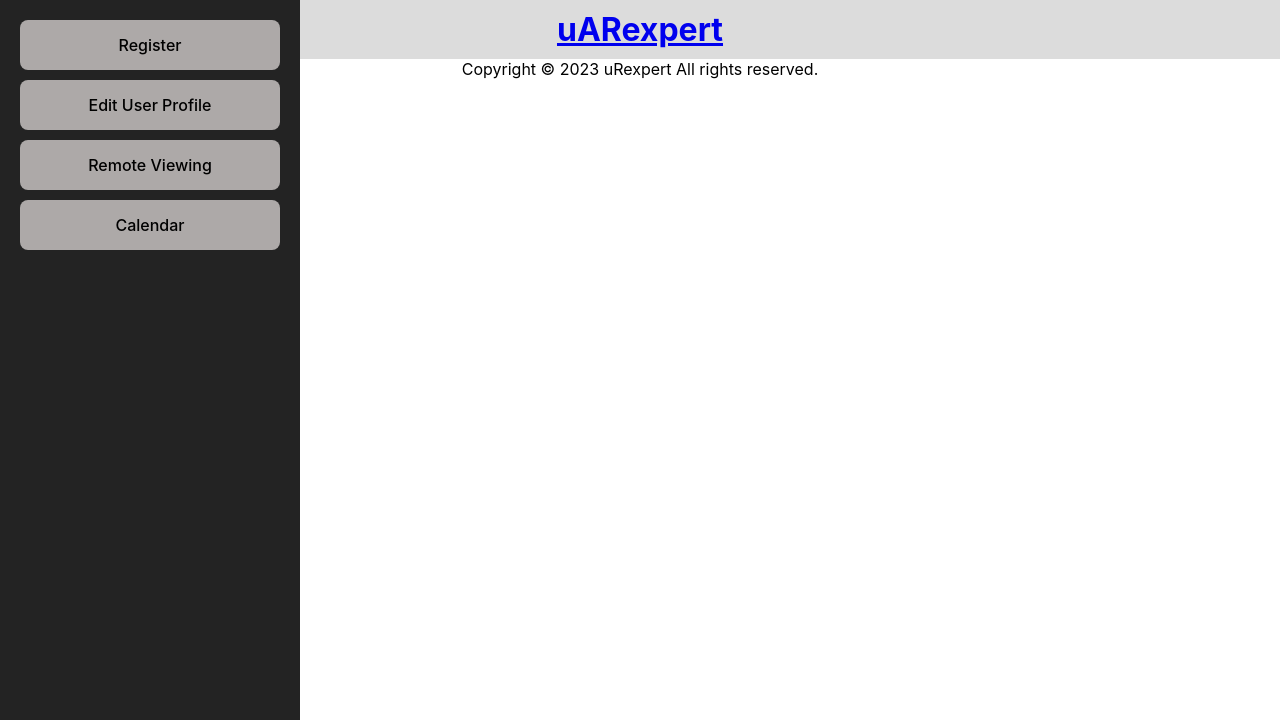
Repository: onionNguyen/Senior-Design-Project
Page: / (app in frontend/)
An editor plug-in stored every save of this project. The page is shown before and after the next save, followed by the edit.
The browser window is 1280 px wide. The pictures show the whole page.
The page's requests for data from a server got no answer. The project was rebuilt for these pictures with package versions that can differ from the ones it lists, and the page was loaded fresh each time. No one was signed in, and anything a server would have sent is missing. Also part of the build but not shown: frontend/src/components/form/Form.module.css, frontend/src/components/form/Input.js, frontend/src/components/pages/edit-user-profile/EditProfile.module.css, frontend/src/components/form/IndicatesRequired.js, frontend/src/components/form/MessageRibbon.js, frontend/src/components/pages/edit-user-profile/EditProfile.js, frontend/src/components/pages/login/Login.module.css, frontend/src/components/pages/login/Login.js and 7 more.

Above is the page before, as saved 2023-10-27 02:54:14.

After the next save:
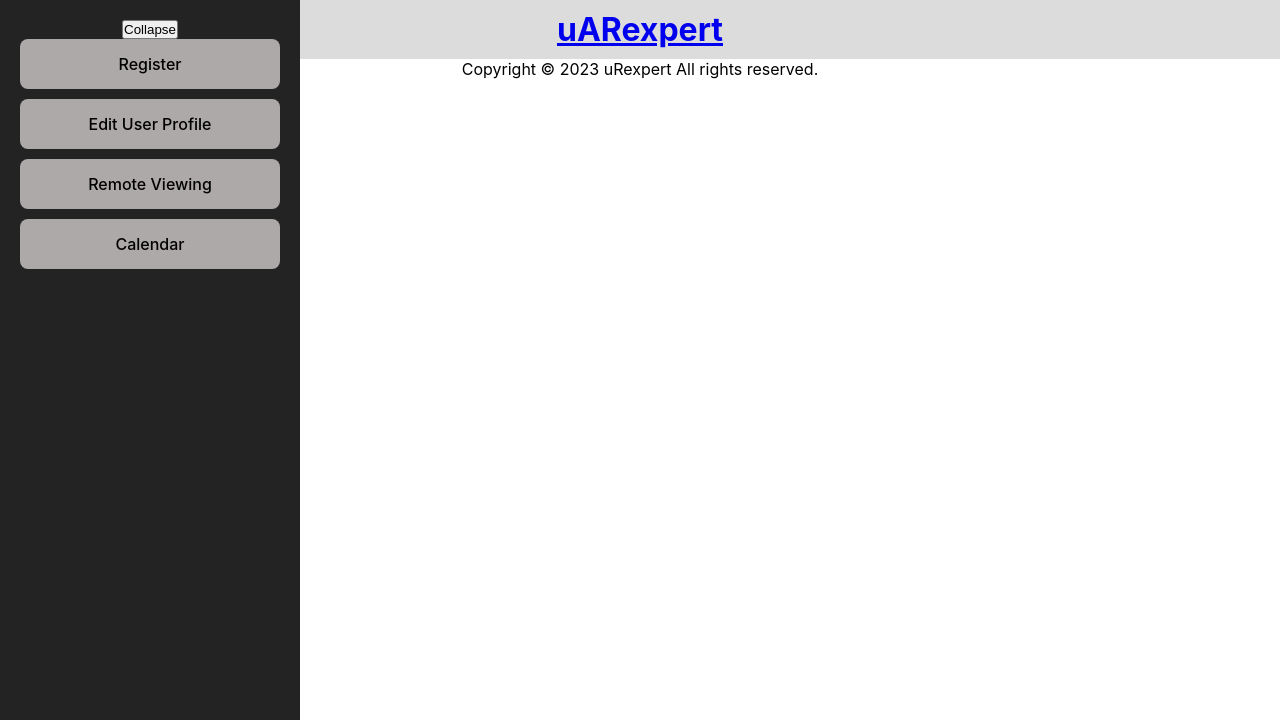
Saved 2 min 8 s later.
--- a/frontend/src/components/sidenav/SideNav.js
+++ b/frontend/src/components/sidenav/SideNav.js
@@ -1,10 +1,15 @@
-import React from "react";
+import React, { useState } from "react";
 import styles from "./SideNav.module.css";
 import { Link } from 'react-router-dom';
 
 const SideNav = (props) => {
+  const [isOpen, setIsOpen] = useState(true);  // Add this line
+
   return (
-    <div className={styles.sidenav}>
+    <div className={isOpen ? styles.sidenav : styles.sidenavCollapsed}>
+      <button onClick={() => setIsOpen(!isOpen)}>
+        {isOpen ? "Collapse" : "Extend"}
+      </button>
       <ul className={styles.listGroup}>
         <li className={styles.listItem}>
           <Link to="/register">Register</Link>
